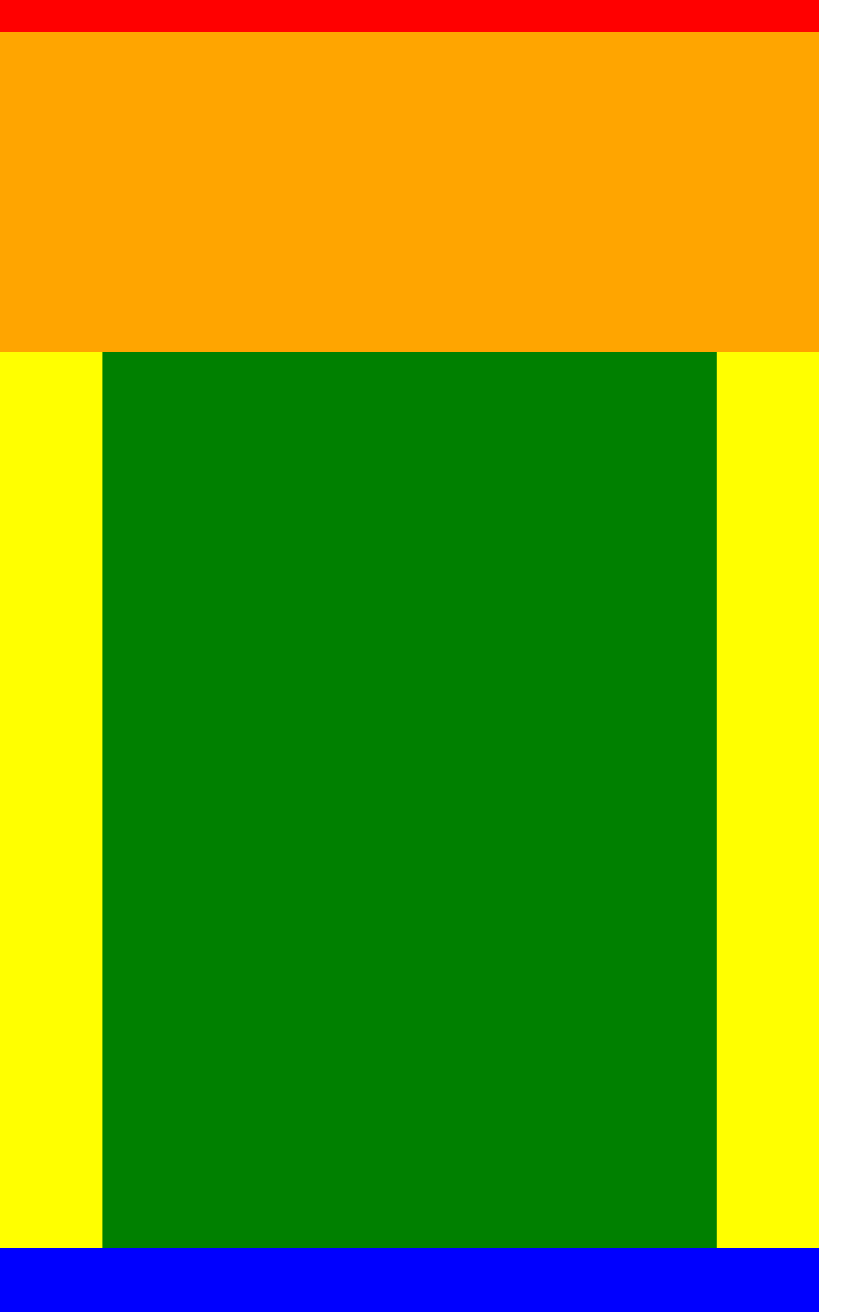
Repository: shizuki-okuma/dmm-webcamp
Page: chapter4_exercise/chapter4_exercise.html
The author's editor kept a record of every edit. The page is drawn from the files as they stood at one moment, then again after the next edit.
The browser window is 1280 px wide. The page is 1280 px wide, then 1350 px, so the pictures cover 1350 px, including what lies to the right of the window. The pictures show the whole page, at 64% of full size.

Above is the page before.

### chapter4_exercise/chapter4_exercise.html
<!DOCTYPE html>
<html lang="ja">
  <head>
    <meta charset="UTF-8" />
    <!-- CSSファイルの読み込み -->
    <link rel="stylesheet" href="style3.css" />
    <title>chapter4_exercise</title>
  </head>

  <body>
    <!-- chapter4_exercise用のdiv -->
    <div class="header">
      <div class="header-top"></div>
      <div class="header-bottom"></div>
    </div>

    <div class="main">
      <div class="sidebar">
      <div class="blog"></div>
      </div>
    </div>
    <div class="footer"></div>
  </body>
</html>

### chapter4_exercise/style3.css
* {
  margin: 0;
  padding: 0;
  box-sizing: border-box;
}

.header {
  width: 100%;
  height: 550px;
  background-color: purple;
}
.header-top {
  width: 100%;
  height: 50px;
  background-color: red;
}
.header-bottom {
  width: 100%;
  height: 500px;
  background-color: orange;
}

.main {
  width: 100%;
  height: 1400px;
  background-color: yellow;
  display: flex;
  justify-content: center;
}

.sidebar {
  width: 960px;
  height: 1400px;
  background-color: limegreen;
}
.blog {
  width: 960px;
  height: 1400px;
  background-color: green;

}


.footer {
  width: 100%;
  height: 100px;
  background-color: blue;
}

After the next edit:
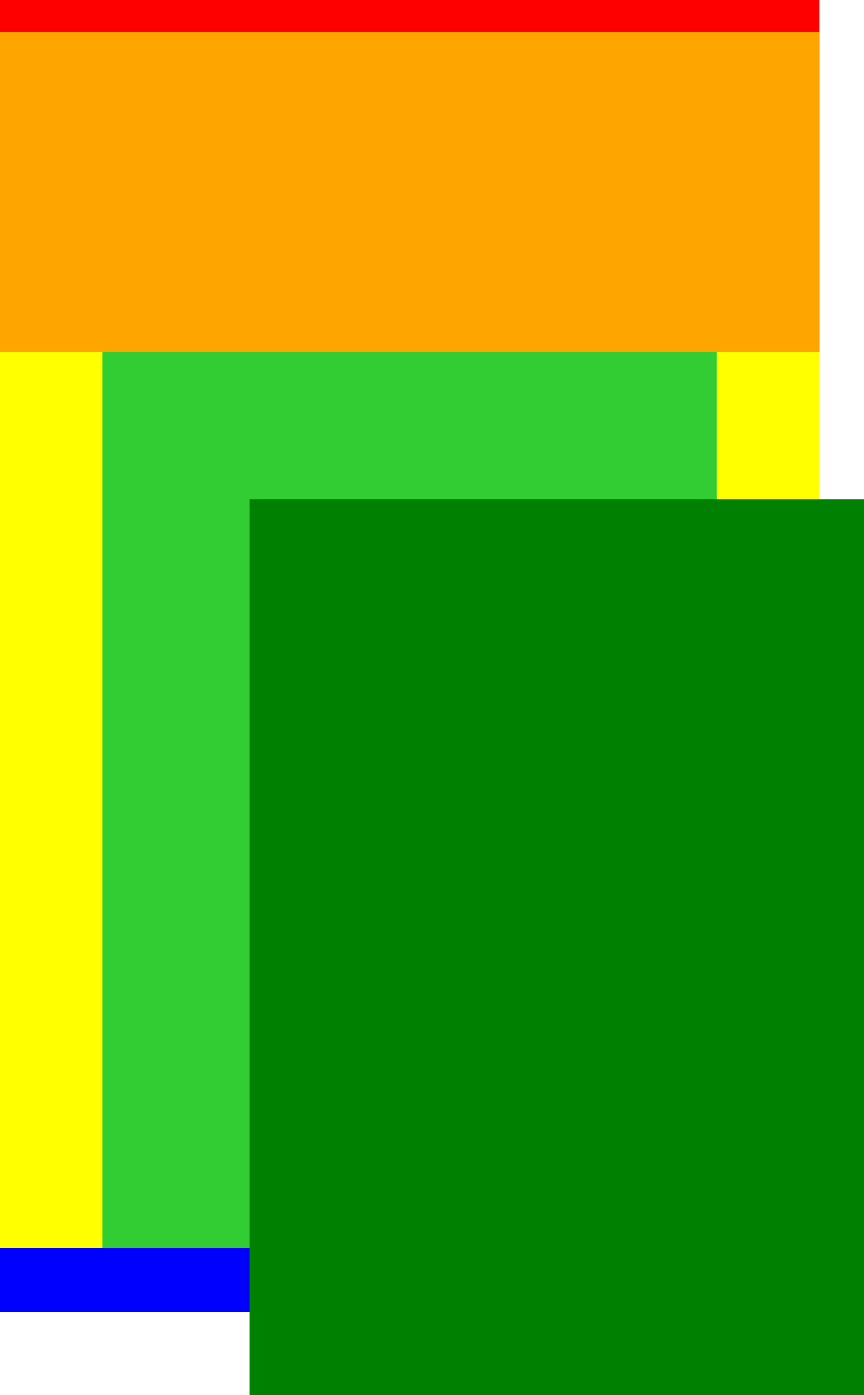
The edit:
--- a/chapter4_exercise/style3.css
+++ b/chapter4_exercise/style3.css
@@ -32,6 +32,7 @@
   width: 960px;
   height: 1400px;
   background-color: limegreen;
+  padding: 230px 230px;
 }
 .blog {
   width: 960px;
